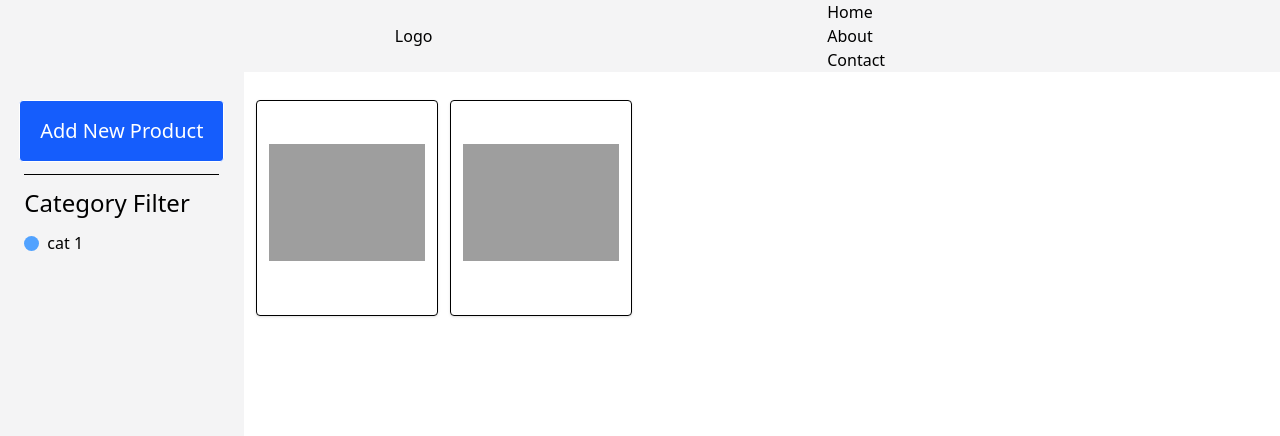
Repository: Habeebur1493/project
Page: /Home
The author's editor kept a copy of each file at every save. The page is drawn from the files as they stood at one save, then again after the next save.
The browser window is 1280 px wide. The pictures show the whole page.
Pictures or frames that could not be fetched are drawn as grey boxes. The page's requests for data from a server got no answer. The project was rebuilt for these pictures with package versions that can differ from the ones it lists, and the page was loaded fresh each time. No one was signed in, and anything a server would have sent is missing. Also part of the build but not shown: vite.config.js, src/Components/Login.jsx, src/Components/Details.jsx.

Above is the page before, as saved 2025-01-31 17:05:34.

### index.html
<!doctype html>
<html lang="en">
  <head>
    <meta charset="UTF-8" />
    <meta name="viewport" content="width=device-width, initial-scale=1.0" />
    <title>Project</title>
  </head>
  <body>
    <div id="root"></div>
    <script type="module" src="/src/main.jsx"></script>
  </body>
</html>

### src/main.jsx
import React from "react";
import { createRoot } from "react-dom/client";
import App from "./App.jsx";
import { BrowserRouter } from "react-router-dom";
import Context from "./Components/utils/Context.jsx";

createRoot(document.getElementById("root")).render(
  <Context>
    <BrowserRouter>
      <App />
    </BrowserRouter>
    </Context>

);

### src/App.jsx
import React from "react";
import "./App.css";
import { Route, Routes } from "react-router-dom";
import Login from "./Components/Login.jsx";
import Home from "./Components/Home.jsx";
import Details from "./Components/Details.jsx";

const App = () => {
  return (
    <div className="h-screen w-screen flex">
      <Routes>
        <Route path="/" element={<Login />} />
        <Route path="/Home" element={<Home />} />
        <Route path="/details/:id" element={<Details />} />
      </Routes>
    </div>
  );
};

export default App;

### src/Components/utils/Context.jsx
import React, { createContext, useEffect, useState } from "react";
import axios from "axios";

export const ProductContext = createContext();

const Context = ({children}) => {
  const [products, setproducts] = useState([]);

  const getproducts = async () => {
    try {
      const { data } = await axios.get("https://fakestoreapi.com/products");
      console.log("Fetched products:", data);
      setproducts(data);
    } catch (error) {
      console.log( "Error Fetching products"  ,error);
    }
  };

  useEffect(() => {
    getproducts();
  }, []);

  return (
    <ProductContext.Provider value={[products, setproducts]}>
      {children}
    </ProductContext.Provider>
  );
};

export default Context;

### src/Components/Home.jsx
import React, { useContext } from "react";
import { Link } from "react-router-dom";
import Nav from "./Nav";
import { ProductContext } from "./utils/Context";
import Loading from "./Loading";

const Home = () => {
  const  products  = useContext(ProductContext);

  if (!products) {
    return <Loading />;
  }
  else if (products.length === 0) {
    return <h1 className="text-center text-3xl">No products found</h1>;
  }
  return (
    <>
      <Nav />
      <div className="w-[85%] px-3 py-25 flex flex-wrap overflow-x-hidden overflow-y-auto">
        {products.map((p, i) => (
          <Link
            key={i}
            to={`/details/${p.id}`}
            className="mr-3 mb-3 card p-3 border shadow rounded w-[18%] h-[30vh] flex-col flex
         justify-center items-center"
          >
            <div
              className="hover:scale-110 mb-3 w-full h-[80%] bg-contain bg-no-repeat bg-center"
              style={{ backgroundImage: `url(${p.image})`,
             }}
            ></div>
            <h1 className="hover:text-blue-300">{p.title}</h1>
          </Link>
        ))}
      </div>
    </>
  );
};
export default Home;

### src/Components/Nav.jsx
import React from "react";

const Nav = () => {

  return (
    <>
      <nav className="w-[20%] h-[100%] bg-zinc-100 flex flex-col items-center pt-5  ">
        <a
          className="mt-20 py-4 px-5 border rounded text-white text-xl bg-blue-600"
          href="/create"
        >
          Add New Product
        </a>
        <hr className="my-3 w-[80%]" />
        <h1 className="text-2xl mb-3 w-[80%]">Category Filter</h1>
        <ul className="w-[80%]">
          <li className="flex items-center mb-3">
            <span className="rounded-full mr-2 w-[15px] h-[15px] bg-blue-400"></span>
            {""}
            cat 1
          </li>
        </ul>
      </nav>

      <nav className="w-screen h-[10%] bg-zinc-100 flex justify-evenly items-center absolute overflow-y-auto">
        <h1>Logo</h1>
        <ul>
          <li>Home</li>
          <li>About</li>
          <li>Contact</li>
        </ul>
      </nav>
    </>
  );
};

export default Nav;

### src/Components/Loading.jsx
import React from 'react'

const Loading = () => {
  return (
    <div className='w-full h-full flex justify-center items-center'>
         <h1 className='text-6xl'>Loading Data...</h1>
    </div>
  )
}

export default Loading

Loaded but not shown: src/App.css (common file)

After the next save:
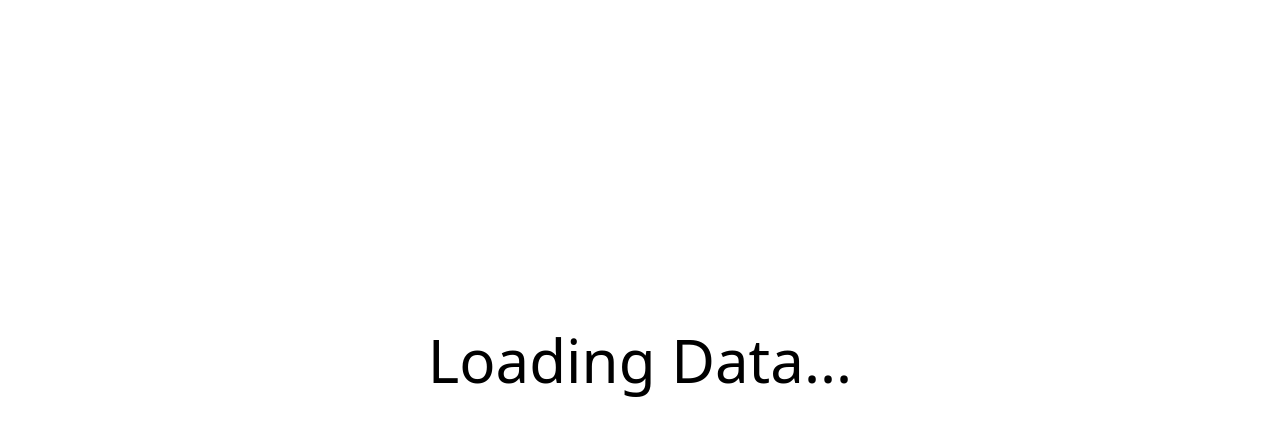
Saved 79 s later.
--- a/src/Components/Home.jsx
+++ b/src/Components/Home.jsx
@@ -5,7 +5,7 @@
 import Loading from "./Loading";
 
 const Home = () => {
-  const  products  = useContext(ProductContext);
+  const  {products}  = useContext(ProductContext);
 
   if (!products) {
     return <Loading />;
